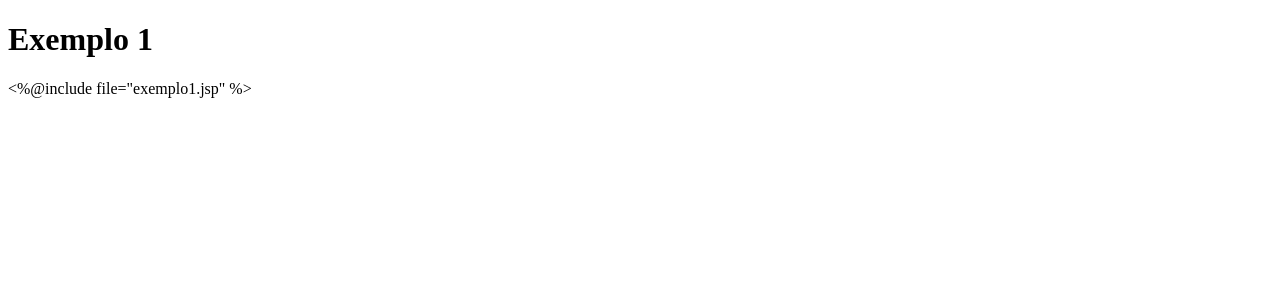
Repository: Bruno-Marian/atitivadesAulaWeb
Page: Aula/src/main/webapp/exemplo1.html
These files come from the project's save history. The page is drawn as it stood at one moment and after the next save; the edit follows.
The browser window is 1280 px wide. The pictures show the whole page.

Above is the page before, as saved 2023-10-12 00:36:57.

After the next save:
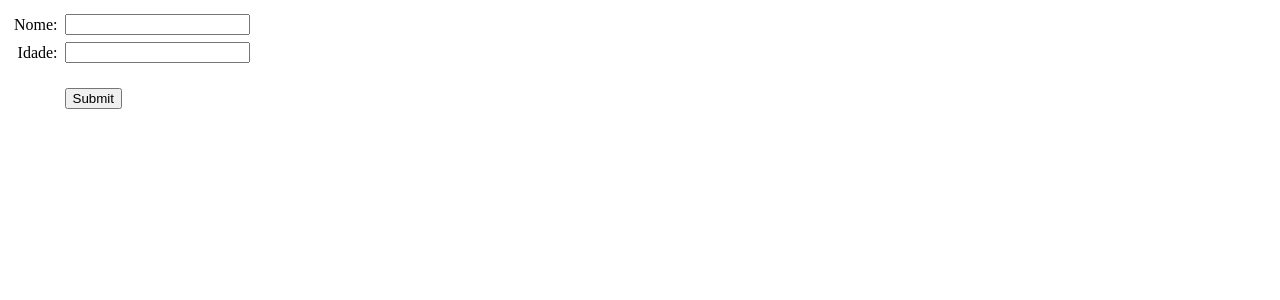
Saved 64 s later.
--- a/Aula/src/main/webapp/exemplo1.html
+++ b/Aula/src/main/webapp/exemplo1.html
@@ -5,7 +5,22 @@
 <title>Exemplo 1</title>
 </head>
 <body>
-<h1>Exemplo 1</h1>
-<%@include file="exemplo1.jsp" %>
+<form action="exemplo1.jsp" method="get">
+        <table cellspacing="5" border="0">
+                <tr>
+                     <td align="right">Nome:</td>
+                     <td><input type="text" email=nome></td>
+                </tr>
+
+                <tr>
+                     <td align="right">Idade:</td>
+                     <td><input type="text" password=idade></td>
+                </tr>
+
+                <tr>
+                     <td></td>
+                     <td><br><input type="submit" value="Submit"></td>
+                </tr>
+        </table>
 </body>
 </html>
